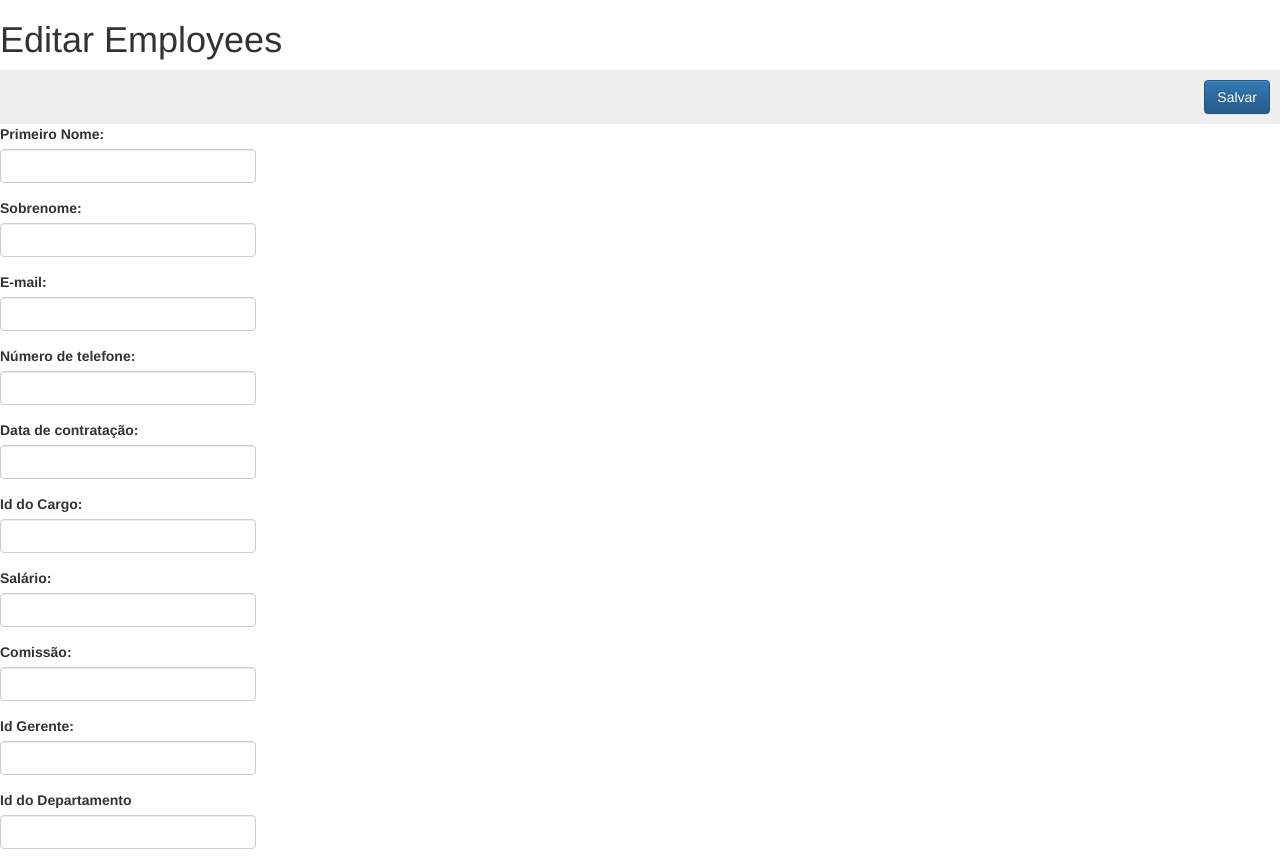
Repository: tiagoferezin/faculdadeCodigos
Page: http://localhost/Proj4-1sem2015/WEB-INF/jsp/employees/editar.jsp
An editor plug-in stored every save of this project. The page is shown before and after the next save, followed by the edit.
The browser window is 1280 px wide. The pictures show the whole page.
The page is served by Tomcat 9. Nobody is signed in. Other server files are loaded and not shown. The template is opened directly, without the code that normally fills it, so the values that code supplies are empty.

Above is the page before, as saved 2015-05-20 05:07:31.
Console error (its wording comes from the project's code and is left out).

### Proj4-1sem2015/WebContent/WEB-INF/jsp/employees/editar.jsp
<%@ page language="java" contentType="text/html; charset=ISO-8859-1"
	pageEncoding="ISO-8859-1"%>

<%@ taglib uri="http://java.sun.com/jsp/jstl/fmt" prefix="fmt"%>

<!DOCTYPE html PUBLIC "-//W3C//DTD HTML 4.01 Transitional//EN" "http://www.w3.org/TR/html4/loose.dtd">
<html>
<head>
<meta http-equiv="Content-Type" content="text/html; charset=ISO-8859-1">
<style type="text/css">
.acoes {
	width: 100%;
	background-color: #EFEFEF;
	text-align: right;
	padding: 10px;
}

.form-group.div20 {
	width: 20%;
}
</style>

<title>Editar Employee</title>

<!-- Latest compiled and minified CSS -->
<link rel="stylesheet"
	href="./plugins/bootstrap-3.3.4-dist/css/bootstrap.min.css">

<!-- Optional theme -->
<link rel="stylesheet"
	href="./plugins/bootstrap-3.3.4-dist/css/bootstrap-theme.min.css">

<!-- Latest compiled and minified JavaScript -->
<script src="./plugins/bootstrap-3.3.4-dist/js/bootstrap.min.js"></script>

</head>
<body>
	<h1>Editar Employees</h1>

	<form action="./employees?logica=salvar" method="post">

		<!-- inserir esta parte nas outras areas -->

		<input type="hidden" id="txtEmployeeId" name="employeeId"
			value="${employee.employeeId}" />

		<div class="acoes">

			<button type="submit" class="btn btn-primary">Salvar</button>

		</div>


		<div class="form-group div20">

			<label for="txtFirstName">Primeiro Nome: </label> <input type="text"
				id="txtFirstName" name="firstName" class="form-control"
				value="${employee.firstName}" />
		</div>

		<div class="form-group div20">

			<label for="txtLastName">Sobrenome: </label> <input type="text"
				id="txtLastName" name="lastName" class="form-control"
				value="${employee.lastName}" />
		</div>

		<div class="form-group div20">

			<label for="txtEmail">E-mail: </label> <input type="text"
				id="txtEmail" name="email" class="form-control"
				value="${employee.email}" />
		</div>

		<div class="form-group div20">

			<label for="txtPhoneNumber">Número de telefone: </label> <input
				type="text" id="txtPhoneNumber" name="phoneNumber"
				class="form-control" value="${employee.phoneNumber}" />
		</div>

		<div class="form-group div20">

			<label for="txtHireDate">Data de contratação: </label> <input
				type="text" id="txtHireDate" name="hireDate" class="form-control"
				value='<fmt:formatDate value="${employee.hireDate.time }" pattern="dd/MM/yyyy" />' />
		</div>

		<div class="form-group div20">

			<label for="txtJobId">Id do Cargo: </label> <input type="text"
				id="txtJobId" name="jobId" class="form-control"
				value="${employee.jobId}" />
		</div>

		<div class="form-group div20">

			<label for="txtSalary">Salário: </label> <input type="text"
				id="txtSalary" name="salary" class="form-control"
				value="${employee.salary}" />
		</div>

		<div class="form-group div20">

			<label for="txtCommissionPct">Comissão: </label> <input type="text"
				id="txtCommissionPct" name="commissionPct" class="form-control"
				value="${employee.commissionPct}" />
		</div>

		<div class="form-group div20">

			<label for="txtManagerId">Id Gerente: </label> <input type="text"
				id="txtManagerId" name="managerId" class="form-control"
				value="${employee.managerId}" />
		</div>

		<div class="form-group div20">

			<label for="txtDepartmentId">Id do Departamento </label> <input
				type="text" id="txtDepartmentId" name="departmentId"
				class="form-control" value="${employee.departmentId}" />
		</div>


	</form>
</body>
</html>

Loaded but not shown: Proj4-1sem2015/WebContent/plugins/bootstrap-3.3.4-dist/css/bootstrap.min.css (library); Proj4-1sem2015/WebContent/plugins/bootstrap-3.3.4-dist/css/bootstrap-theme.min.css (library); Proj4-1sem2015/WebContent/plugins/bootstrap-3.3.4-dist/js/bootstrap.min.js (library)

After the next save:
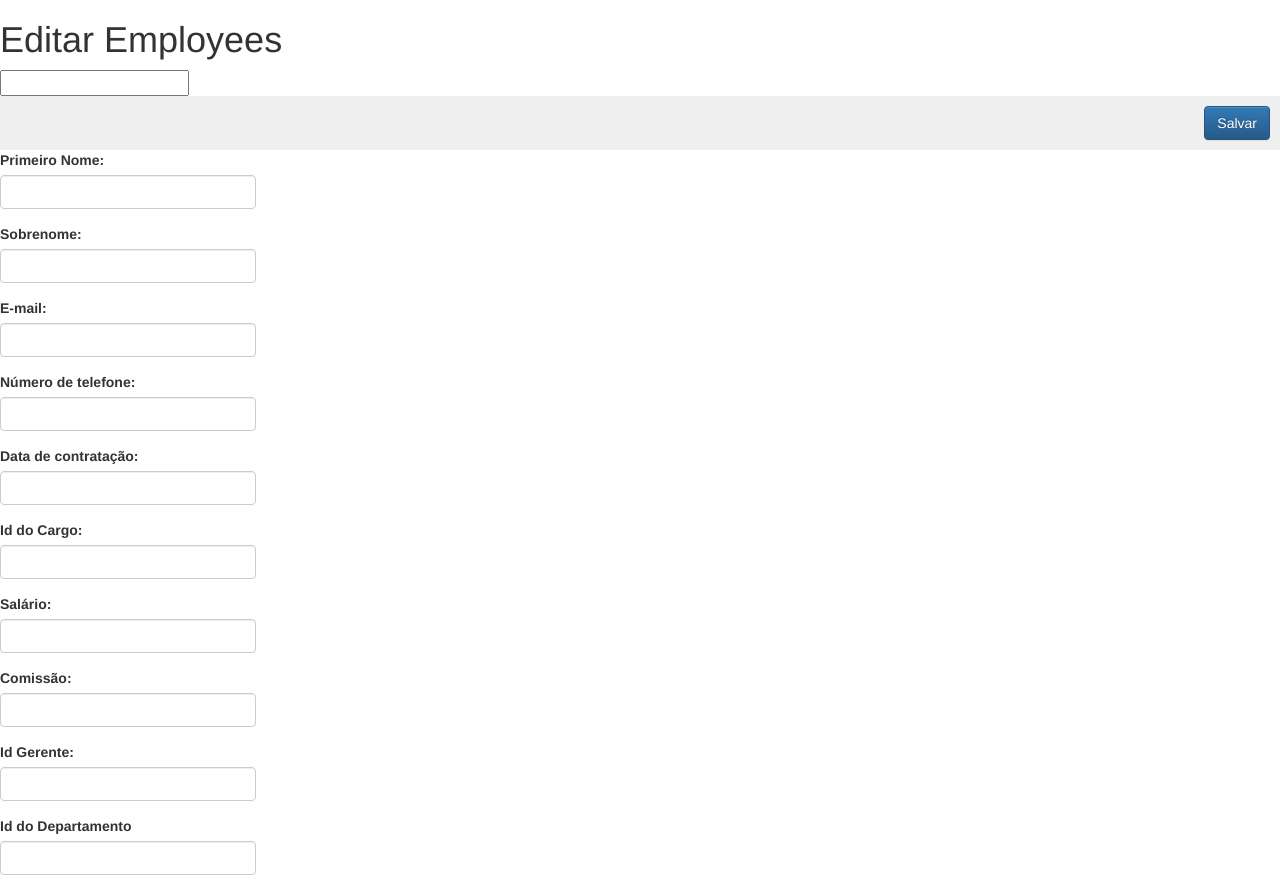
Saved 4 min 38 s later.
--- a/Proj4-1sem2015/WebContent/WEB-INF/jsp/employees/editar.jsp
+++ b/Proj4-1sem2015/WebContent/WEB-INF/jsp/employees/editar.jsp
@@ -41,7 +41,7 @@
 
 		<!-- inserir esta parte nas outras areas -->
 
-		<input type="hidden" id="txtEmployeeId" name="employeeId"
+		<input type="readonly" id="txtEmployeeId" name="employeeId"
 			value="${employee.employeeId}" />
 
 		<div class="acoes">

After the save that followed:
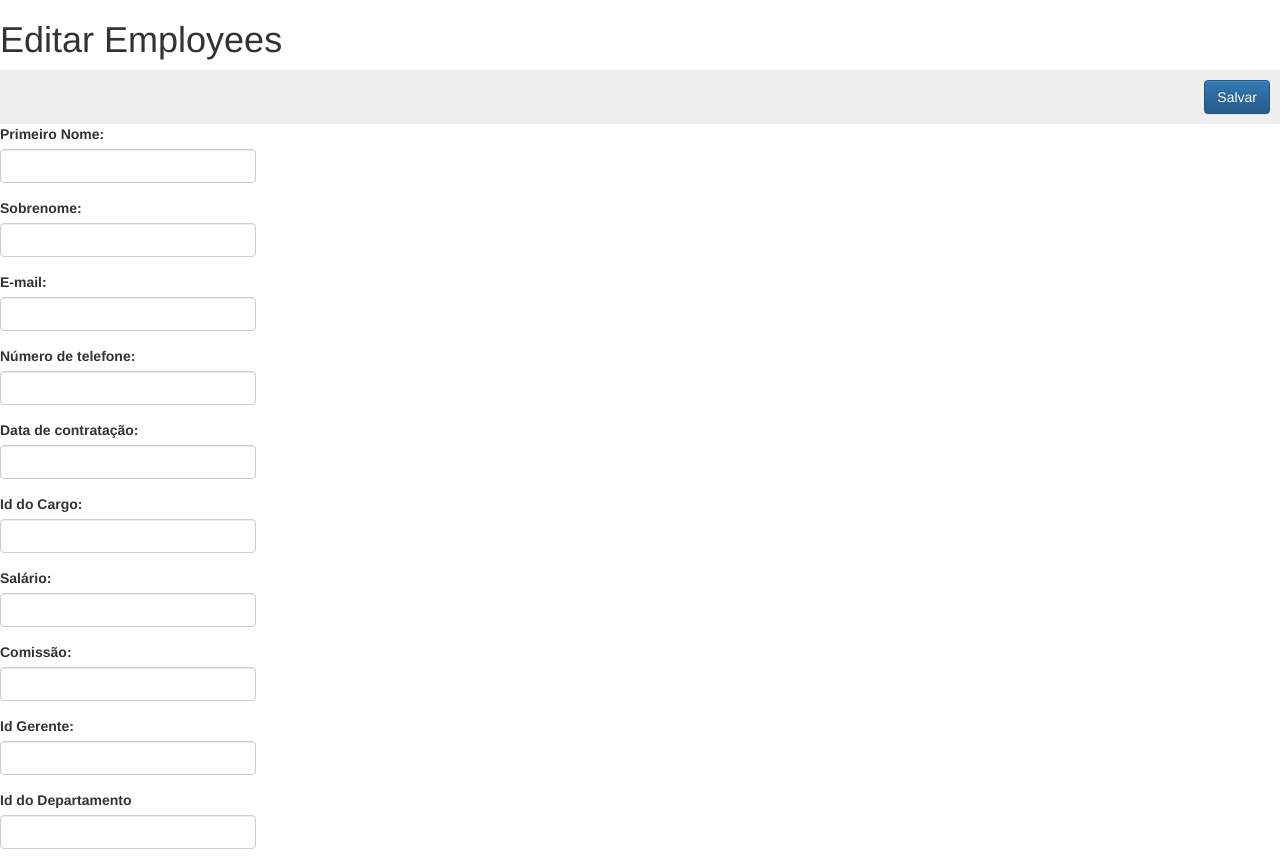
Saved 39 s later.
--- a/Proj4-1sem2015/WebContent/WEB-INF/jsp/employees/editar.jsp
+++ b/Proj4-1sem2015/WebContent/WEB-INF/jsp/employees/editar.jsp
@@ -41,7 +41,7 @@
 
 		<!-- inserir esta parte nas outras areas -->
 
-		<input type="readonly" id="txtEmployeeId" name="employeeId"
+		<input type="hidden" id="txtEmployeeId" name="employeeId"
 			value="${employee.employeeId}" />
 
 		<div class="acoes">
